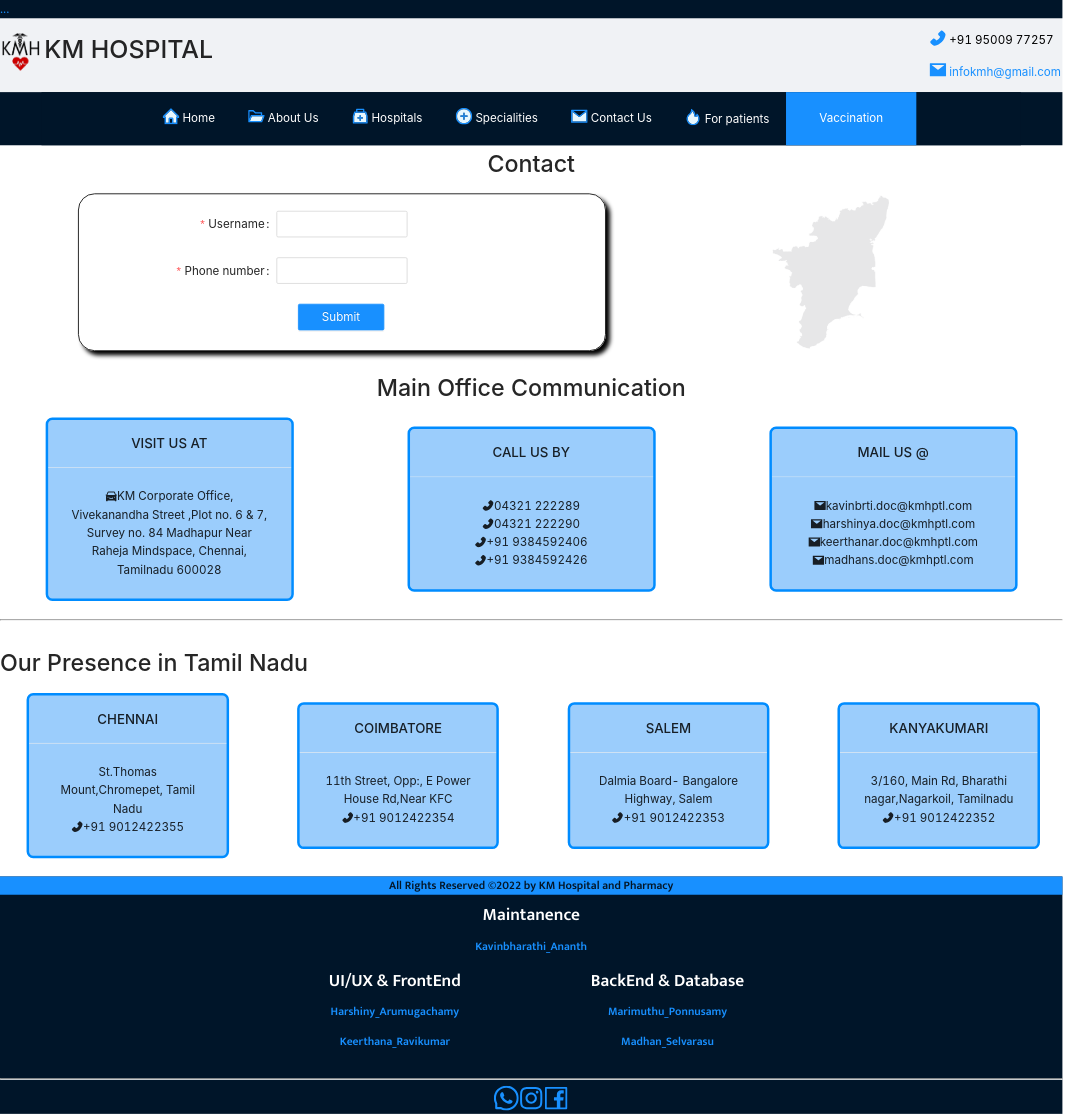
Repository: marimuthu1001/KHM-hospital
Page: /contactus (app in km-hospital/)
An editor plug-in stored every save of this project. The page is shown before and after the next save, followed by the edit.
The browser window is 1280 px wide. The page is 1297 px wide, so the pictures cover 1297 px, including what lies to the right of the window. The pictures show the whole page, at 83% of full size.
The project was rebuilt for these pictures with package versions that can differ from the ones it lists, and the page was loaded fresh each time. Also part of the build but not shown: km-hospital/src/Pages/AboutUS.jsx, km-hospital/src/Styles/Specialities.module.css, km-hospital/src/Pages/Specialities.jsx, km-hospital/src/firebase.js, km-hospital/src/Pages/Feedback.jsx.

Above is the page before, as saved 2022-01-25 12:27:37.

### km-hospital/public/index.html
<!DOCTYPE html>
<html lang="en">
  <head>
    <meta charset="utf-8" />
    <link rel="icon" href="%PUBLIC_URL%/favicon.ico" />
    <meta name="viewport" content="width=device-width, initial-scale=1" />
    <meta name="theme-color" content="#000000" />
    <meta
      name="description"
      content="Web site created using create-react-app"
    />
    <link rel="apple-touch-icon" href="%PUBLIC_URL%/logo192.png" />
    <!--
      manifest.json provides metadata used when your web app is installed on a
      user's mobile device or desktop. See https://developers.google.com/web/fundamentals/web-app-manifest/
    -->
    <link rel="manifest" href="%PUBLIC_URL%/manifest.json" />
    <!--
      Notice the use of %PUBLIC_URL% in the tags above.
      It will be replaced with the URL of the `public` folder during the build.
      Only files inside the `public` folder can be referenced from the HTML.

      Unlike "/favicon.ico" or "favicon.ico", "%PUBLIC_URL%/favicon.ico" will
      work correctly both with client-side routing and a non-root public URL.
      Learn how to configure a non-root public URL by running `npm run build`.
    -->
    <title>KM HOSPITAL | HOME</title>
  </head>
  <body>
    <noscript>You need to enable JavaScript to run this app.</noscript>
    <div id="root"></div>
    <!--
      This HTML file is a template.
      If you open it directly in the browser, you will see an empty page.

      You can add webfonts, meta tags, or analytics to this file.
      The build step will place the bundled scripts into the <body> tag.

      To begin the development, run `npm start` or `yarn start`.
      To create a production bundle, use `npm run build` or `yarn build`.
    -->
  </body>
</html>

### km-hospital/src/index.js
import React from 'react';
import ReactDOM from 'react-dom';
import 'antd/dist/antd.min.css'
import './index.css'
import App from './App';


ReactDOM.render(
  <React.StrictMode>
    <App />
  </React.StrictMode>,
  document.getElementById('root')
);

### km-hospital/src/index.css
@import '~antd/dist/antd.css';

.ant-menu:not(.ant-menu-horizontal) .ant-menu-item-selected {
	background: transparent;
}

.ant-menu{
    background: red;
    }

### km-hospital/src/App.js
import Nav from  './components/Nav'
import Footer from './components/Footer'
import ContactUs from './Pages/ContactUs'
import AboutUs from './Pages/AboutUS'
import Specialities from './Pages/Specialities'
import {BrowserRouter as Router, Route,Routes} from 'react-router-dom'

import Feedback from './Pages/Feedback'

function App() {
  return (
    <Router>
        <div className="App">
          <Nav/>
          <Routes>
            <Route exact path="/contactus" element={<ContactUs/>}/>
            <Route exact path="/aboutus" element={<AboutUs/>}/>
            <Route exact path="/specialities" element={<Specialities/>}/>
            <Route exact path="/feedback" element={<Feedback/>}/>
          </Routes>

          <Footer/>
        </div>
    </Router>

  );
}

export default App;

### km-hospital/src/components/Nav.jsx
import React from 'react'

import Styles from '../Styles/Nav.module.css'
import { Layout, Menu, Dropdown,Row,Col } from 'antd';
import { UserOutlined, LaptopOutlined, NotificationOutlined } from '@ant-design/icons';
import Logo from '../Images/Logo.png'

import {HomeTwoTone,
    FolderOpenTwoTone,
    MedicineBoxTwoTone,
    PlusCircleTwoTone,
    FireTwoTone ,
    MailTwoTone,
    PhoneFilled,
    MailFilled,

    } from '@ant-design/icons'

function Nav() {
  const menu = (
    <Menu>

            <Menu.Item key="1">Covid Dose</Menu.Item>
            <Menu.Item key="2">Covid Booster</Menu.Item>
            <Menu.Item key="3">Polio Vaccine</Menu.Item>
            <Menu.Item key="4">Chicken pox Vaccine</Menu.Item>
      </Menu>
  )
const patients = (
  <Menu>
          <Menu.Item key="1">Health Checkup Package</Menu.Item>
          <Menu.Item key="2">Medicines</Menu.Item>
          <Menu.Item key="3">Symptoms</Menu.Item>
          <Menu.Item key="4">Procedurs</Menu.Item>
          <Menu.Item key="5">BMI Calculator</Menu.Item>
    </Menu>

  )

  const { Header} = Layout;
    return (

      <Layout>
        <p className={Styles.line}>...</p>
        <div className={Styles.head} >
            <Row gutters={[16,16]}>
              <Col md={{span:2}} lg={{span:1}}>
              <div className="logo">
              <img src={Logo} alt="Logo" widht={50} height={50}/>
            </div>
              </Col>
              <Col md={{span:6}} lg={{span:4}}>
              <h1>KM HOSPITAL</h1>
              </Col>
              <Col md={{span:8}} lg={{span:16}}></Col>
              <Col md={{span:5}} lg={{span:3}}>
              <div className={Styles.contactHead}>
                <p style={{color:'black'}}><PhoneFilled  style= {{ fontSize: '20px',color: '#1890ff'  }} />&nbsp;+91 95009 77257</p>
                <p><a href="mailto:infokmh@gmail.com"><MailFilled style= {{ fontSize: '20px',color: '#1890ff'  }} />&nbsp;infokmh@gmail.com</a></p>
               </div>
              </Col>
            </Row>
        </div>



      <Header className="header">
      <div className="menubar">
        <Menu style={{
            position: 'relative',
            display: 'flex',
            justifyContent: 'center',

        }} theme="dark" mode="horizontal" defaultSelectedKeys={['1']}>
     <a href="/">
          <Menu.Item key="7"><HomeTwoTone style={{fontSize:20}}/>&nbsp;Home</Menu.Item>
     </a>
     <a href="/aboutus">
          <Menu.Item key="2"><FolderOpenTwoTone style={{fontSize:20}}/>&nbsp;About Us</Menu.Item>
     </a>
     <a href="">
          <Menu.Item key="3"><MedicineBoxTwoTone style={{fontSize:20}}/>&nbsp;Hospitals</Menu.Item>
     </a>
     <a href="/specialities">
          <Menu.Item key="4"><PlusCircleTwoTone style={{fontSize:20}}/>&nbsp;Specialities</Menu.Item>
     </a>
     <a href="/contactus">
          <Menu.Item  key="6"> <MailTwoTone style={{fontSize:20}}/>&nbsp;Contact Us</Menu.Item>
     </a>
          <Dropdown  overlay={patients} placement="topCenter">
              <Menu.Item key="5"><FireTwoTone style={{fontSize:20}}/>&nbsp;For patients</Menu.Item>
          </Dropdown>

          <Menu.Item key="1">
          <Dropdown  overlay={menu} placement="topCenter">
                    <Menu.Item>Vaccination</Menu.Item>
          </Dropdown>
          </Menu.Item>


        </Menu>  </div>
      </Header>


        </Layout>


    )
}

export default Nav

### km-hospital/src/components/Footer.jsx
import React from 'react'
import Styles from '../Styles/Footer.module.css'
import { Row, Col } from 'antd';
import {WhatsAppOutlined,
    InstagramOutlined,
    FacebookOutlined} from '@ant-design/icons'
function Footer() {
    return (
        <div  >
            <div className={Styles.footer}>


                <div className={Styles.footerContent}>
                    <div sm={1}  md={6} lg={8}  className={Styles.footerTitle}>
                        <h4>All Rights Reserved &copy;2022 by KM Hospital and Pharmacy</h4>
                    </div>


                <div className={Styles.maintain}>
                    <h2>Maintanence</h2>
                    <p>Kavinbharathi_Ananth</p>
                </div>

                <Row className={Styles.design} gutter={[34, 18]}>
                <Col xs={24} md={6}/>
                    <Col xs={24} md={6}>
                        <div>
                            <h2 className={Styles.headDecoration}>UI/UX & FrontEnd</h2>
                            <div className={Styles.decoration}>
                                <p>Harshiny_Arumugachamy</p>
                                <p>Keerthana_Ravikumar</p>
                            </div>
                        </div>
                    </Col>
                    <Col xs={24} md={6}>
                        <div>
                        <h2 className={Styles.headDecoration}>BackEnd & Database</h2>
                            <div className={Styles.decoration}>
                                <p>Marimuthu_Ponnusamy</p>
                                <p>Madhan_Selvarasu</p>
                            </div>
                        </div>
                    </Col>
                    <Col xs={24} md={6}/>
                        <Col sm={{ span: 5, offset: 0 }} md={{ span: 5, offset: 0 }} lg={{ span: 6, offset:0  }}> </Col>
                </Row>


<hr/>


                <Row  className={Styles.social}>
                    <Col sm={{span:2}} md={{span:8}} lg={{span:8}}><WhatsAppOutlined style={{fontSize: '30px' }} /></Col>
                    <Col sm={{span:2}} md={{span:8}} lg={{span:8}}><InstagramOutlined style={{fontSize: '30px' }} /></Col>
                    <Col sm={{span:2}} md={{span:8}} lg={{span:8}}><FacebookOutlined style={{fontSize: '30px' }} /></Col>
                </Row>
            </div>
        </div>
        </div>
    )
}

export default Footer

### km-hospital/src/Pages/ContactUs.jsx
import React from 'react'
import { Helmet,HelmetProvider } from 'react-helmet-async';
import Styles from '../Styles/ContactUs.module.css'
import { Card, Col, Row,Form, Input, Button  } from 'antd';
import {CarFilled ,PhoneFilled,MailFilled} from '@ant-design/icons'
import TamilNadu from '../Images/TN image.png'
function ContactUs() {
    const onFinish = (values) => {
        console.log('Success:', values);
      };

      const onFinishFailed = (errorInfo) => {
        console.log('Failed:', errorInfo);
      };

    return (
        <div>

             <HelmetProvider>
                    <Helmet>
                        <title>KM Hospital | Contact Us</title>
                    </Helmet>
             </HelmetProvider>
            <div className={Styles.title}>
                <h1>Contact</h1>
            </div>


<Row justify="space-around" align="middle" gutter={8}>
        <Col span={12}>
        <Form className={Styles.form}
                    name="basic"
                    labelCol={{
                        span: 9,
                    }}
                    wrapperCol={{
                        span: 6,
                    }}
                    initialValues={{
                        remember: true,
                    }}
                    onFinish={onFinish}
                    onFinishFailed={onFinishFailed}
                    autoComplete="off"
                    >
                    <Form.Item
                        label="Username"
                        name="username"
                        rules={[
                        {
                            required: true,
                            message: 'Please input your username!',
                        },
                        ]}
                    >
                        <Input />
                    </Form.Item>

                    <Form.Item
                        label="Phone number"
                        name="mob_num"
                        rules={[
                        {
                            required: true,
                            message: 'Please input your Number!',
                        },
                        ]}
                    >
                        <Input />
                    </Form.Item>

                    <Form.Item
                        align="middle"
                        wrapperCol={{
                            span: 14, offset: 10
                        }}
                    >
                        <Button  className={Styles.btn} type="primary" htmlType="submit">
                        Submit
                        </Button>
                    </Form.Item>


                    </Form>



        </Col>
        <Col span={5}>
        <img  src={TamilNadu} alt="TN image" width={150} height={190} />
        </Col>
</Row>

<br/>

    <h1 style={{textAlign:"Center"}}>Main Office Communication</h1>
            <div className={Styles.contact}>
                <div className="site-card-wrapper">
                    <Row justify="space-around" align="middle" gutter={28}>
                        {/* <Col sm={{span:2}} md={{span:5}}  lg={{span:4}}></Col> */}
                        <Col  sm={{span:1}} md={{span:5}}  lg={{span:6}} >
                            <Card className={Styles.card} title="VISIT US AT" bordered={true} hoverable={true}>
                            <CarFilled />
                            KM Corporate Office,<br/>
Vivekanandha Street ,Plot no. 6 & 7, Survey no. 84 Madhapur Near Raheja Mindspace, Chennai, Tamilnadu 600028
                            </Card>
                        </Col>
                        <Col sm={{span:1}} md={{span:5}} lg={{span:6}} >
                            <Card className={Styles.card} title="CALL US BY" bordered={true} hoverable={true}>
                            <PhoneFilled />04321 222289<br/>
                            <PhoneFilled />04321 222290<br/>
                            <PhoneFilled />+91 9384592406<br/>
                            <PhoneFilled />+91 9384592426<br/>
                            </Card>
                        </Col>
                        <Col sm={{span:1}} md={{span:5}} lg={{span:6}}>
                            <Card className={Styles.card} title="MAIL US @" bordered={true} hoverable={true}>
                            <MailFilled />kavinbrti.doc@kmhptl.com<br/>
                            <MailFilled />harshinya.doc@kmhptl.com<br/>
                            <MailFilled />keerthanar.doc@kmhptl.com<br/>
                            <MailFilled />madhans.doc@kmhptl.com<br/>
                            </Card>
                        </Col>
                        {/* <Col sm={{span:3}} md={{span:5}}  lg={{span:4}}></Col> */}
                    </Row>
                   <br/> <hr/><br/>
                </div>
            </div>


            <h1>Our Presence in Tamil Nadu</h1>
            <div className="site-card-wrapper">
                    <Row className={Styles.locations} justify="space-around" align="middle" gutter={28}>
                        {/* <Col sm={{span:2}} md={{span:5}}  lg={{span:4}}></Col> */}
                        <Col  sm={{span:1}} md={{span:5}}  lg={{span:5}} >
                            <Card className={Styles.card} title="CHENNAI" bordered={true} hoverable={true}>
                            St.Thomas Mount,Chromepet, Tamil Nadu <br/> <PhoneFilled />+91 9012422355
                            </Card>
                        </Col>
                        <Col sm={{span:1}} md={{span:5}} lg={{span:5}} >
                            <Card  className={Styles.card} title="COIMBATORE" bordered={true} hoverable={true}>
                           11th Street, Opp:, E Power House Rd,Near KFC <br/> <PhoneFilled />+91 9012422354
                            </Card>
                        </Col>
                        <Col sm={{span:1}} md={{span:5}} lg={{span:5}}>
                            <Card className={Styles.card} title="SALEM" bordered={true} hoverable={true}>
                           Dalmia Board- Bangalore Highway, Salem  <br/> <PhoneFilled />+91 9012422353
                            </Card>
                        </Col>
                        <Col sm={{span:1}} md={{span:5}} lg={{span:5}}>
                            <Card className={Styles.card} title="KANYAKUMARI" bordered={true} hoverable={true}>
                             3/160, Main Rd, Bharathi nagar,Nagarkoil, Tamilnadu  <br/> <PhoneFilled />+91 9012422352
                            </Card>
                        </Col>
                        {/* <Col sm={{span:3}} md={{span:5}}  lg={{span:4}}></Col> */}
                    </Row>
              <br/>
                </div>
        </div>
    )
}

export default ContactUs

### km-hospital/src/Styles/Nav.module.css
*{
    margin-top:0px;
}
.line{
    background-color:#001529;
    color:#1890ff;
}
.head h1{
    font-size: 30px;
}
.menubar .Menu.item{
    margin-left:20%;
}
a{
    text-decoration: none;
}
a:hover{
    background-color:#1890ff;
}

### km-hospital/src/Styles/Footer.module.css
@import url('https://fonts.googleapis.com/css2?family=Mukta:wght@600&display=swap');
.footer{
    background-color:#001529;
    font-family: 'Mukta', sans-serif;
    color:#1890ff;
    position:relative;
    text-align:center
}
.footer h2{
    color:#ffffff
}
.footer .footerTitle{
    color:rgb(255, 255, 255);
    background-color:#1890ff
}
.footer .social{
    text-align:center;
    display:inline-flex;
}
.social li{
    list-style-type: none;
}
.decoration{
    list-style-type:none;
    text-align:center
}
.headDecoration{
    text-align:center
}

### km-hospital/src/Styles/ContactUs.module.css
.title{
    text-align:center;
}
.card{
    border:3px solid #008cff;
    border-radius:8px;
    text-align: center;
    background-color:#9bcdfc;
}
.card:hover{
    border:3px solid #1890ff;
    box-shadow: 8px 8px 8px #9bcdfc ;
}
.locations{

    padding-left:5px;
}
.btn{
    width:28%;
}
.form{
    border-radius:20px;
    border:1px solid #000;
    box-shadow:5px 5px 5px rgb(0, 0, 0);
    padding-top:20px;
}

After the next save:
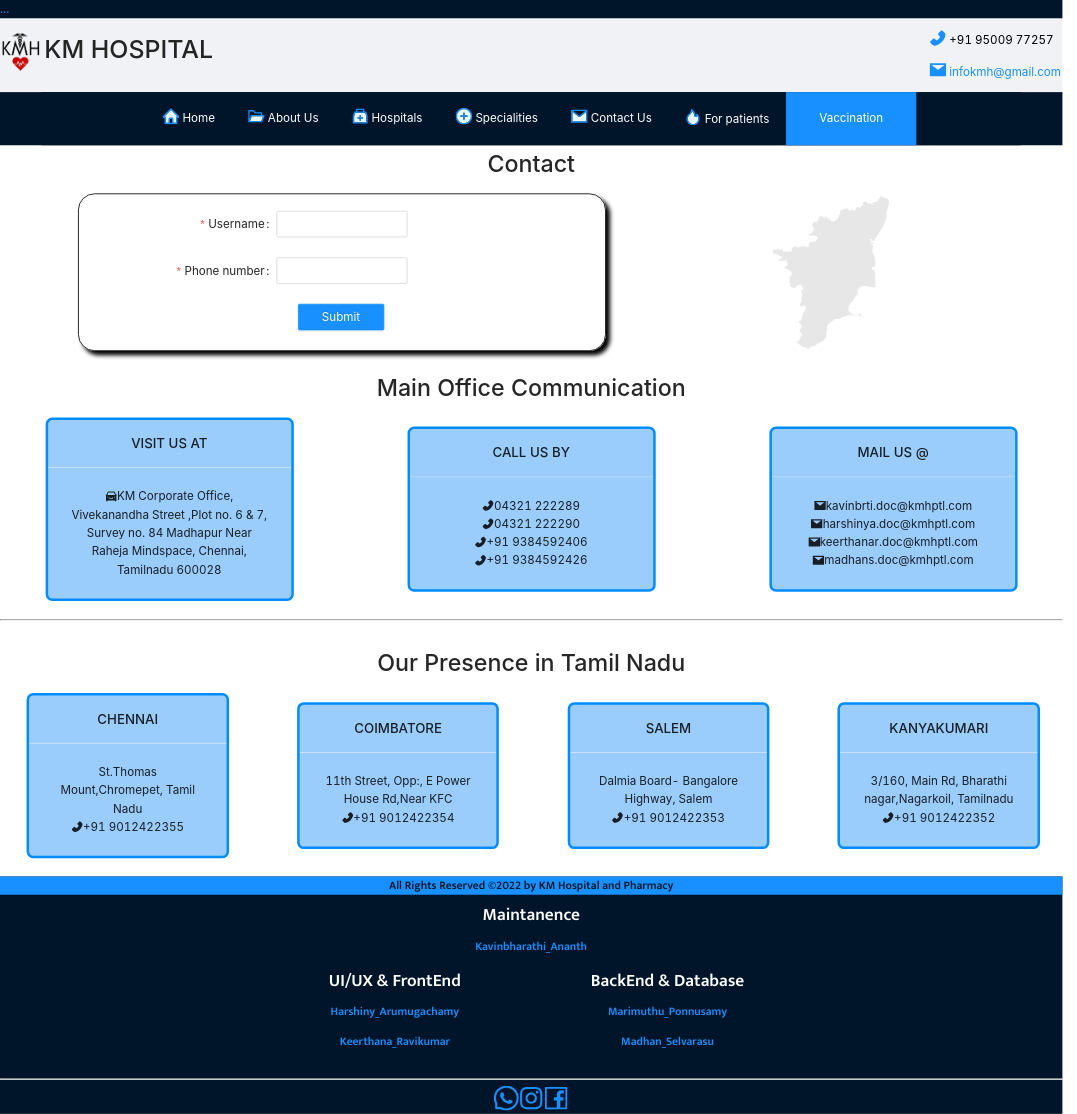
Saved 39 s later.
--- a/km-hospital/src/Pages/ContactUs.jsx
+++ b/km-hospital/src/Pages/ContactUs.jsx
@@ -128,7 +128,7 @@ Vivekanandha Street ,Plot no. 6 & 7, Survey no. 84 Madhapur Near Raheja Mindspac
             </div>
 
 
-            <h1>Our Presence in Tamil Nadu</h1>
+            <h1 style={{textAlign:"Center"}}>Our Presence in Tamil Nadu</h1>
             <div className="site-card-wrapper">
                     <Row className={Styles.locations} justify="space-around" align="middle" gutter={28}>
                         {/* <Col sm={{span:2}} md={{span:5}}  lg={{span:4}}></Col> */}
